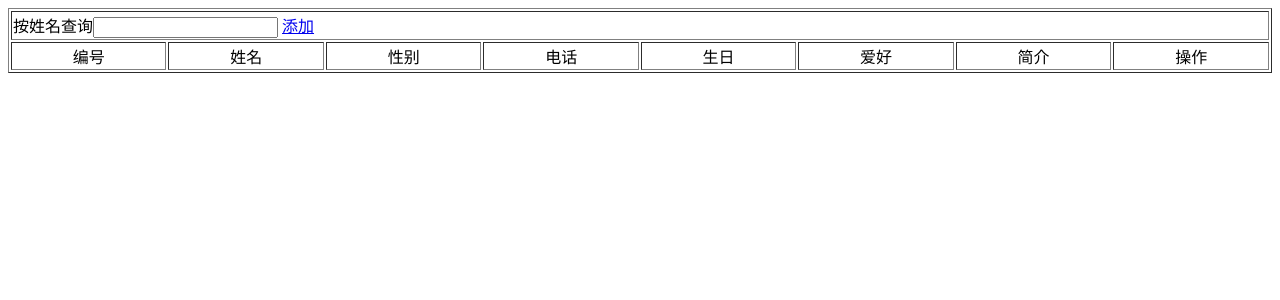
Repository: ChengqunYang/JAVA
Page: http://localhost/stu/AddServlet
The author's editor kept a copy of each file at every save. The page is drawn from the files as they stood at one save, then again after the next save.
The browser window is 1280 px wide. The pictures show the whole page.
The page is served by Tomcat 9. Other server files are loaded and not shown. Queries for data that is not in the repository find no rows.

Above is the page before, as saved 2019-04-18 07:06:50.

### stu/WebContent/list.jsp
<%@ page language="java" contentType="text/html; charset=UTF-8"
    pageEncoding="UTF-8"%>
<%@ taglib prefix="c" uri="http://java.sun.com/jsp/jstl/core"%>
<!DOCTYPE html PUBLIC "-//W3C//DTD HTML 4.01 Transitional//EN" "http://www.w3.org/TR/html4/loose.dtd">
<html>
<head>
<meta http-equiv="Content-Type" content="text/html; charset=UTF-8">
<title>学生列表页面</title>
<script type="text/javascript">
	function doDelete(sid) {
		/*
			如果这里弹出的对话框,用户点击的是确定,就马上去请求servlet.
			如何知道用户点击的是确定
			如何在js的方法中请求servlet.
		*/
		var flag = confirm("是否确定删除?");
		if(flag) {
			//表明点了确定,访问servlet,在当前的标签页上打开这个超链接
			window.location.href="DeleteServlet?sid="+sid;
			//location.href="DeleteServlet?sid="+sid;
		}
	}
</script>
</head>
<body>
	<table border = "1" width = 100%>
	<tr>
	<td colspan = "8">

		 按姓名查询<input type="text" name="sname">

		<a href = "add.jsp">添加</a>
	</td>
	</tr>

		<tr align = "center">
			<td>编号</td>
			<td>姓名</td>
			<td>性别</td>
			<td>电话</td>
			<td>生日</td>
			<td>爱好</td>
			<td>简介</td>
			<td>操作</td>
		</tr>

		<c:forEach items="${list}" var="stu">
		<tr>
			<td>${stu.sid }</td>
			<td>${stu.sname }</td>
			<td>${stu.gender }</td>
			<td>${stu.phone }</td>
			<td>${stu.birthday }</td>
			<td>${stu.hobby }</td>
			<td>${stu.info }</td>
			<td><a href = "EditServlet?sid=${stu.sid }">更新</a>  <a href = "#" onclick = "doDelete(${stu.sid})">删除</a></td>
		</tr>
		</c:forEach>
	</table>

</body>
</html>

### stu/src/servlet/AddServlet.java
package servlet;

import java.io.IOException;
import java.util.Arrays;

import javax.servlet.ServletException;
import javax.servlet.http.HttpServlet;
import javax.servlet.http.HttpServletRequest;
import javax.servlet.http.HttpServletResponse;

import domain.Student;
import service.StudentService;
import service.impl.StudentServiceImpl;

/**
 * 用于处理学生的添加请求
 * @author DELL
 *
 */
public class AddServlet extends HttpServlet {

    /**
     * @see HttpServlet#HttpServlet()
     */
	protected void doGet(HttpServletRequest request, HttpServletResponse response) throws ServletException, IOException {
		try {
		//1.获取客户端提交上来的数据
		request.setCharacterEncoding("UTF-8");
		String sname = request.getParameter("sname");
		String gender = request.getParameter("gender");
		String phone = request.getParameter("phone");
		String birthday = request.getParameter("birthday");
		//String hobby = request.getParameter("hobby");
		String[] h = request.getParameterValues("hobby");
		String hobby = Arrays.toString(h).substring(1,Arrays.toString(h).length()-1);
		String info = request.getParameter("info");

		//2.添加到数据库
		  //  Date data = new SimpleDateFormat("YYYY-MM-DD").parse(birthday);
			Student student = new Student(sname,gender,phone,hobby,info,birthday);
			StudentService service = new StudentServiceImpl();
			service.insert(student);
			//3.跳转到列表页
			request.getRequestDispatcher("StudentListServlet").forward(request, response);
		} catch (Exception e) {
			// TODO Auto-generated catch block
			e.printStackTrace();
		}

	}


	/**
	 * @see HttpServlet#doPost(HttpServletRequest request, HttpServletResponse response)
	 */
	protected void doPost(HttpServletRequest request, HttpServletResponse response) throws ServletException, IOException {
		doGet(request, response);
	}

}

### stu/src/domain/Student.java
package domain;


/**
 * 这是学生对象封装的bean
 * @author DELL
 *
 */
public class Student {
	private int sid;
	private String sname;
	private String gender;
	private String phone;
	private String hobby;
	public Student(String sname, String gender, String phone, String hobby, String info, String birthday) {
		super();

		this.sname = sname;
		this.gender = gender;
		this.phone = phone;
		this.hobby = hobby;
		this.info = info;
		this.birthday = birthday;
	}
	public Student(int sid ,String sname, String gender, String phone, String hobby, String info, String birthday) {
		super();
		this.sid = sid;
		this.sname = sname;
		this.gender = gender;
		this.phone = phone;
		this.hobby = hobby;
		this.info = info;
		this.birthday = birthday;
	}
	public Student() {
		super();
		// TODO Auto-generated constructor stub
	}
	private String info;
	private String birthday;
	public int getSid() {
		return sid;
	}
	public void setSid(int sid) {
		this.sid = sid;
	}
	public String getSname() {
		return sname;
	}
	public void setSname(String sname) {
		this.sname = sname;
	}
	public String getGender() {
		return gender;
	}
	public void setGender(String gender) {
		this.gender = gender;
	}
	public String getPhone() {
		return phone;
	}
	public void setPhone(String phone) {
		this.phone = phone;
	}
	public String getHobby() {
		return hobby;
	}
	public void setHobby(String hobby) {
		this.hobby = hobby;
	}
	public String getInfo() {
		return info;
	}
	public void setInfo(String info) {
		this.info = info;
	}
	public String getBirthday() {
		return birthday;
	}
	public void setBirthday(String birthday) {
		this.birthday = birthday;
	}

}

### stu/src/service/impl/StudentServiceImpl.java
package service.impl;

import java.sql.SQLException;
import java.util.List;

import dao.StudentDao;
import domain.Student;
import impl.StudentDaoImpl;
import service.StudentService;

public class StudentServiceImpl implements StudentService{
/**
 * 这是学生业务实现
 */
	@Override
	public List<Student> findAll() throws SQLException {
		StudentDao dao =new StudentDaoImpl();
		return dao.findAll();
	}
/**
 * 调用StudentDao的insert方法来实现
 */
	@Override
	public void insert(Student student) throws SQLException {

		StudentDao dao = new StudentDaoImpl();
		dao.insert(student);
	}


	@Override
	public void delete(int sid) throws SQLException {
		StudentDao dao = new StudentDaoImpl();
		dao.delete(sid);
	}
	@Override
	public Student findStudentById(int sid) throws SQLException {
		StudentDao dao = new StudentDaoImpl();
		return dao.findStudentById(sid);
	}
	@Override
	public void update(Student student) throws SQLException {
		StudentDao dao = new StudentDaoImpl();
		dao.update(student);
	}

}

### stu/src/dao/StudentDao.java
package dao;

import java.sql.SQLException;
import java.util.List;

import domain.Student;

/**
 * 这是针对学生表的数据访问
 * @author DELL
 *
 */
public interface StudentDao {


	/**
	 * 查询所有的学生
	 * @return List<Student>
	 */
	List<Student> findAll() throws SQLException;
	/**
	 * 添加学生
	 * @param student 需要添加到数据库的学生对象
	 * @throws SQLException
	 */
	void insert(Student student) throws SQLException;

	/**
	 * 根据id删除学生
	 * @param sid
	 * @throws SQLException
	 */

	void delete(int sid)throws SQLException;

	/**
	 * 根据id查询单个学生对象
	 * @param sid
	 * @return
	 * @throws SQLException
	 */
	Student findStudentById(int sid) throws SQLException;

	/**
	 * 更新数据
	 * @param student    需要更新的学生数据
	 * @throws SQLException
	 */
	void  update (Student student)throws SQLException;

}

### stu/src/impl/StudentDaoImpl.java
package impl;

import java.sql.SQLException;
import java.util.List;

import org.apache.commons.dbutils.QueryRunner;
import org.apache.commons.dbutils.handlers.BeanHandler;
import org.apache.commons.dbutils.handlers.BeanListHandler;

import dao.StudentDao;
import domain.Student;
import util.JDBCUtil;

/**
 * 这是StudentDao的实现,针对前面定义的规范,写出具体的实现
 * @author DELL
 *
 */
public class StudentDaoImpl implements StudentDao {

	/**
	 * 查询所有的学生
	 * @throws SQLException
	 */
	@Override
	public List<Student> findAll() throws SQLException {
		QueryRunner runner = new QueryRunner(JDBCUtil.getDataSource());

		return runner.query("select * from stu", new BeanListHandler<>(Student.class));

	}

	@Override
	public void insert(Student student) throws SQLException {
		QueryRunner runner = new QueryRunner(JDBCUtil.getDataSource());

		runner.update("insert into stu values(null,?,?,?,?,?,?)",
				student.getSname(),
				student.getGender(),
				student.getPhone(),
				student.getBirthday(),
				student.getHobby(),
				student.getInfo()
				);

	}
	@Override
	public void delete(int sid) throws SQLException {
		// TODO Auto-generated method stub
		QueryRunner runner = new QueryRunner(JDBCUtil.getDataSource());
		runner.update("delete from stu where sid = ?",sid);


	}

	@Override
	public Student findStudentById(int sid) throws SQLException {
		QueryRunner runner = new QueryRunner(JDBCUtil.getDataSource());
		return runner.query("select * from stu where sid = ?", new BeanHandler<Student>(Student.class),sid);
	}

	@Override
	public void update(Student student) throws SQLException {
		QueryRunner runner = new QueryRunner(JDBCUtil.getDataSource());
		runner.update("update stu set sname=?, gender=?, phone=?, birthday=?, hobby=?, info=? where sid = ?",
				student.getSname(),
				student.getGender(),
				student.getPhone(),
				student.getBirthday(),
				student.getHobby(),
				student.getInfo(),
				student.getSid());
	}

}

### stu/src/util/JDBCUtil.java
package util;

import java.sql.Connection;
import java.sql.ResultSet;
import java.sql.SQLException;
import java.sql.Statement;

import javax.sql.DataSource;

import com.mchange.v2.c3p0.ComboPooledDataSource;

public class JDBCUtil {

	static ComboPooledDataSource dataSource = null;
	static{
		dataSource = new ComboPooledDataSource();
	}

	public static DataSource getDataSource(){
		return dataSource;
	}

	/**
	 * 삿혤젯쌈뚤蹶
	 * @return
	 * @throws SQLException
	 */
	public static Connection getConn() throws SQLException{
		return dataSource.getConnection();
	}

	/**
	 * 姦렴栗都
	 * @param conn
	 * @param st
	 * @param rs
	 */
	public static void release(Connection conn , Statement st , ResultSet rs){
		closeRs(rs);
		closeSt(st);
		closeConn(conn);
	}
	public static void release(Connection conn , Statement st){
		closeSt(st);
		closeConn(conn);
	}


	private static void closeRs(ResultSet rs){
		try {
			if(rs != null){
				rs.close();
			}
		} catch (SQLException e) {
			e.printStackTrace();
		}finally{
			rs = null;
		}
	}

	private static void closeSt(Statement st){
		try {
			if(st != null){
				st.close();
			}
		} catch (SQLException e) {
			e.printStackTrace();
		}finally{
			st = null;
		}
	}

	private static void closeConn(Connection conn){
		try {
			if(conn != null){
				conn.close();
			}
		} catch (SQLException e) {
			e.printStackTrace();
		}finally{
			conn = null;
		}
	}
}

After the next save:
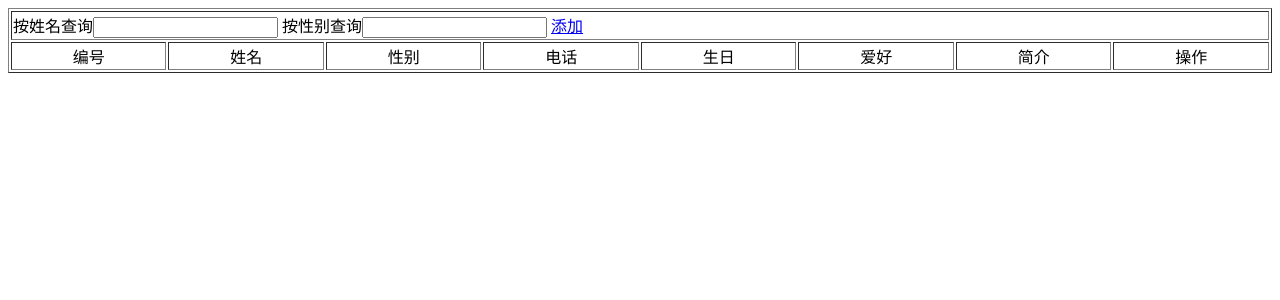
Saved 76 s later.
--- a/stu/WebContent/list.jsp
+++ b/stu/WebContent/list.jsp
@@ -28,6 +28,7 @@
 	<td colspan = "8">
 
 		 按姓名查询<input type="text" name="sname">
+		 按性别查询<input type="text" name="sgender">
 
 		<a href = "add.jsp">添加</a>
 	</td>
